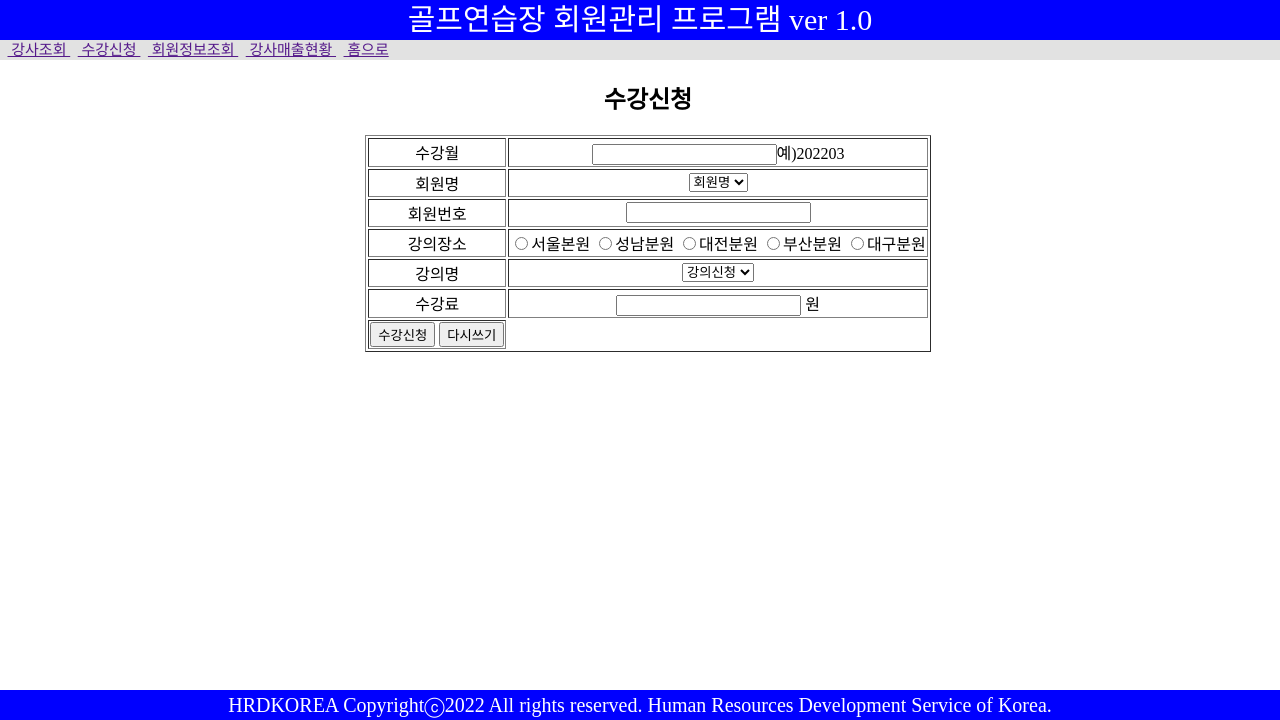
Repository: YeoJeongmo/hrdKorea
Page: http://localhost/HRD_01/insert.jsp
The author's editor kept a copy of each file at every save. The page is drawn from the files as they stood at one save, then again after the next save.
The browser window is 1280 px wide. The pictures show the whole page.
The page is served by Tomcat 9. Other server files are loaded and not shown.

Above is the page before, as saved 2024-09-02 06:05:55.

### cbq_01/workspace/HRD_01/src/main/webapp/insert.jsp
<%@page import="java.sql.*"%>
<%@page import="DBPKG.Util"%>
<%@ page language="java" contentType="text/html; charset=UTF-8"
    pageEncoding="UTF-8"%>
<!DOCTYPE html>
<html>
<head>
<meta charset="UTF-8">
<title>Insert title here</title>
</head>
<body>
<script type="text/javascript" src="check.js"></script>
<jsp:include page="header.jsp"></jsp:include>
<section style="position: fixed; width:100%; top: 60px;justify-content: center;">
	<h2 style="text-align: center; ">수강신청</h2>
	<form name=frm style="display: flex; justify-content: center; text-align: center;">
		<table border="1">
			<tr>
				<td> 수강월 </td>
				<td> <input type="text" name="resistMonth">예)202203 </td>
			</tr>
			<tr>
				<td> 회원명 </td>
				<td>
					<select name="cName" onchange="getCNo(this.value)">
						<option value="">회원명</option>
						<option value="10001">홍길동</option>
						<option value="10002">장발장</option>
						<option value="10003">임꺽정</option>
						<option value="20001">성춘향</option>
						<option value="20002">이몽룡</option>
					</select>
				</td>
			</tr>
			<tr>
				<td> 회원번호 </td>
				<td> <input id="c_no" type="text" name="cNo" readonly> </td>
			</tr>
			<tr>
				<td> 강의장소 </td>
				<td>
					<input type="radio" name="classArea" value="1">서울본원
					<input type="radio" name="classArea" value="1">성남분원
					<input type="radio" name="classArea" value="1">대전분원
					<input type="radio" name="classArea" value="1">부산분원
					<input type="radio" name="classArea" value="1">대구분원
				</td>
			</tr>
			<tr>
				<td> 강의명 </td>
				<td>
					<select name="className" onchange="getTuition(this.value)">
						<option value="">강의신청</option>
						<option value="100000">초급반</option>
						<option value="200000">중급반</option>
						<option value="300000">고급반</option>
						<option value="400000">심화반</option>
					</select>
				</td>
			</tr>
			<tr>
				<td> 수강료 </td>
				<td> <input id="tuition" type="text" name="tuition" readonly> 원</td>
			</tr>
			<tr>
				<td>
					<input type="button" value="수강신청" onclick="addCheck()">
					<input type="button" value="다시쓰기" onclick="res()">
				</td>
			</tr>
		</table>
	</form>
</section>

<jsp:include page="footer.jsp"></jsp:include>
</body>
</html>

### cbq_01/workspace/HRD_01/src/main/webapp/header.jsp
<%@ page language="java" contentType="text/html; charset=UTF-8"
    pageEncoding="UTF-8"%>
<!DOCTYPE html>
<html>
<head>
<meta charset="UTF-8">
<title>Insert title here</title>
</head>
<body>
<header style="position: fixed; top: 0; left: 0; width: 100%; height: 40px; line-height: 40px; font-size: 30px; background-color: blue; color: white; text-align: center;">골프연습장 회원관리 프로그램 ver 1.0</header>
<nav style="position: fixed; top: 40px; left: 0; width: 100%; height: 20px; line-height: 20px; font-size: 15px; background-color: #e2e2e2; color: white;">
&nbsp;&nbsp;<a href=""> 강사조회 </a>
&nbsp;&nbsp;<a href=""> 수강신청 </a>
&nbsp;&nbsp;<a href=""> 회원정보조회 </a>
&nbsp;&nbsp;<a href=""> 강사매출현황 </a>
&nbsp;&nbsp;<a href=""> 홈으로 </a>
</nav>

</body>
</html>

### cbq_01/workspace/HRD_01/src/main/webapp/footer.jsp
<%@ page language="java" contentType="text/html; charset=UTF-8"
    pageEncoding="UTF-8"%>
<!DOCTYPE html>
<html>
<head>
<meta charset="UTF-8">
<title>Insert title here</title>
</head>
<body>
<footer style="position: fixed; bottom: 0; left: 0; width: 100%; height: 30px; line-height: 30px; font-size: 20px; background-color: blue; color: white; text-align: center;"
>HRDKOREA Copyrightⓒ2022 All rights reserved. Human Resources Development Service of Korea.</footer>
</body>
</html>

### cbq_01/workspace/HRD_01/src/main/webapp/check.js
function addCheck(){
	if(frm.resistMonth.value.length == 0) {
		alert("수강월이 입력되지 않았습니다.");
		frm.resistMonth.focus();
		return false;
	}
	else if(frm.cName.value == 0) {
		alert("회원명이 입력되지 않았습니다.");
		frm.cName.focus();
		return false;
	}
	else if(frm.classArea[0].checked == false &&
			frm.classArea[1].checked == false &&
			frm.classArea[2].checked == false &&
			frm.classArea[3].checked == false &&
			frm.classArea[4].checked == false) {
		alert("강의장소가 입력되지 않았습니다.");
		frm.classArea[0].focus();
		return false;
	}
	else if(frm.className.value == 0) {
		alert("강의명이 입력되지 않았습니다.");
		frm.className.focus();
		return false;
	}
	else {
		alert("수강신청이 정상적으로 완료되었습니다!")
		frm.submit();
		window.location = 'index.jsp'
		return true;
	}
}
function res(){
	alert("정보를 지우고 처음부터 다시 입력합니다!")
	frm.reset();
}
function getCNo(c_no){
	document.getElementById("c_no").value = c_no;
}
function getTuition(tuition){
	if(frm.cNo.value >= 20000){
		document.getElementById("tuition").value = tuition / 2;
	} else if(frm.cNo.value < 20000){
		document.getElementById("tuition").value = tuition;
	}
}

After the next save:
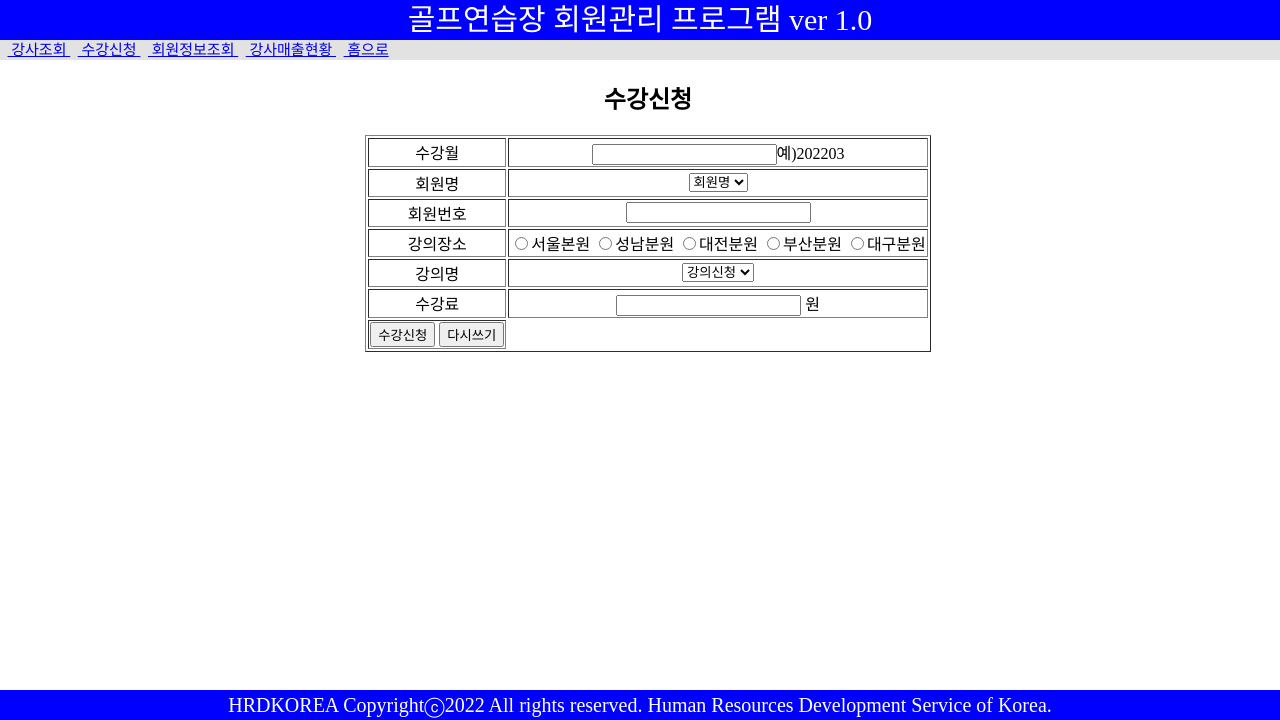
Saved 2 min 28 s later.
--- a/cbq_01/workspace/HRD_01/src/main/webapp/header.jsp
+++ b/cbq_01/workspace/HRD_01/src/main/webapp/header.jsp
@@ -9,11 +9,11 @@
 <body>
 <header style="position: fixed; top: 0; left: 0; width: 100%; height: 40px; line-height: 40px; font-size: 30px; background-color: blue; color: white; text-align: center;">골프연습장 회원관리 프로그램 ver 1.0</header>
 <nav style="position: fixed; top: 40px; left: 0; width: 100%; height: 20px; line-height: 20px; font-size: 15px; background-color: #e2e2e2; color: white;">
-&nbsp;&nbsp;<a href=""> 강사조회 </a>
-&nbsp;&nbsp;<a href=""> 수강신청 </a>
-&nbsp;&nbsp;<a href=""> 회원정보조회 </a>
-&nbsp;&nbsp;<a href=""> 강사매출현황 </a>
-&nbsp;&nbsp;<a href=""> 홈으로 </a>
+&nbsp;&nbsp;<a href="teacher_list.jsp"> 강사조회 </a>
+&nbsp;&nbsp;<a href="insert.jsp"> 수강신청 </a>
+&nbsp;&nbsp;<a href="member_list.jsp"> 회원정보조회 </a>
+&nbsp;&nbsp;<a href="teacher_salary.jsp"> 강사매출현황 </a>
+&nbsp;&nbsp;<a href="index.jsp"> 홈으로 </a>
 </nav>
 
 </body>
